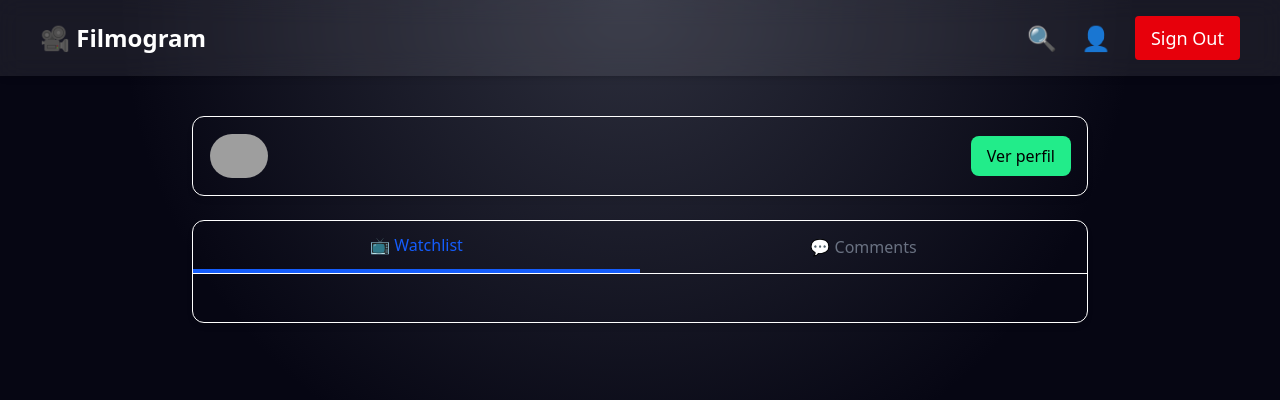
Repository: Leoonard1507/proyecto-final
Page: /client-profile
The author's editor kept a copy of each file at every save. The page is drawn from the files as they stood at one save, then again after the next save.
The browser window is 1280 px wide. The pictures show the whole page.
Pictures or frames that could not be fetched are drawn as grey boxes. The page's requests for data from a server got no answer. The project was rebuilt for these pictures with package versions that can differ from the ones it lists, and the page was loaded fresh each time. The framework's server and built-in components were replaced by stand-ins that run in the browser. No one was signed in, and anything a server would have sent is missing. Also part of the build but not shown: next.config.ts, src/app/components/profileSections/userWatchlist.tsx, src/app/components/profileSections/userComments.tsx, src/libs/axios.ts, src/app/components/profileSections/searchFavsEdit.tsx, src/app/components/profileSections/addFavoritesModal.tsx, src/app/components/profileSections/FavMoviesList.tsx.

Above is the page before, as saved 2025-05-23 14:40:02.

After the next save:
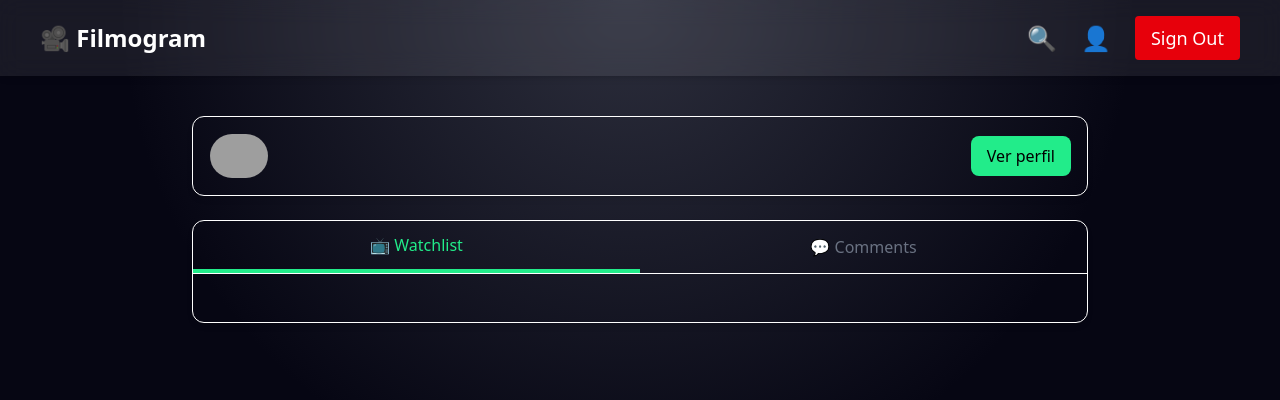
Saved 40 s later.
--- a/src/app/client-profile/page.tsx
+++ b/src/app/client-profile/page.tsx
@@ -171,7 +171,7 @@ export default function ProfilePage() {
           <div className="flex border-b">
             <button
               onClick={() => setActiveTab('watchlist')}
-              className={`flex-1 py-3 text-center font-medium ${activeTab === 'watchlist' ? 'border-b-4 border-blue-600 text-blue-600' : 'text-gray-500 hover:text-blue-600'}`}
+              className={`flex-1 py-3 text-center font-medium ${activeTab === 'watchlist' ? 'border-b-4 border-[#22ec8a] text-[#22ec8a]' : 'text-gray-500 hover:text-[#22ec8a]'}`}
             >
               📺 Watchlist
             </button>
